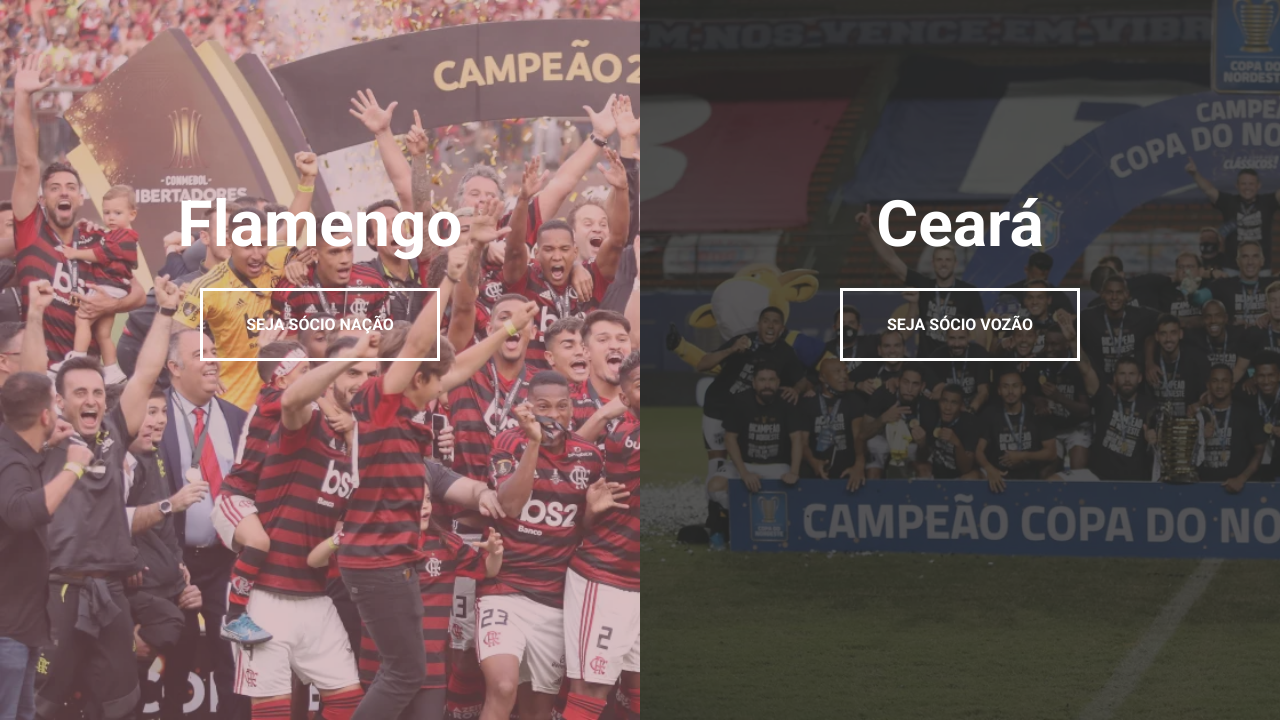
Repository: Williamlmachado/Divis-o-de-P-gina
Page: index.html
These files come from the project's save history. The page is drawn as it stood at one moment and after the next save; the edit follows.
The browser window is 1280 px wide. The pictures show the whole page.

Above is the page before, as saved 2021-08-17 10:17:26.

### index.html
<!DOCTYPE html>
<html lang="en">
  <head>
    <meta charset="UTF-8" />
    <meta name="viewport" content="width=device-width, initial-scale=1.0" />
    <link rel="stylesheet" href="style.css" />
    <title>Split Landing Page
    </title>
  </head>
  <body>
      <div class="container hover-left">
          <div class="split left">
              <h1>Flamengo</h1>
              <a href="#" class="btn">Seja Sócio Nação</a>
          </div>
          <div class="split right">
            <h1>Ceará</h1>
            <a href="#" class="btn">Seja Sócio Vozão</a>
        </div>
      </div>
      <script src="script.js"></script>
  </body>
</html>

### style.css
@import url('https://fonts.googleapis.com/css2?family=Roboto:wght@400;700&display=swap');

:root {
  --left-bg-color: rgba(173, 117, 122, 0.466);
  --right-bg-color: rgba(43, 43, 43, 0.8);
  --left-btn-hover-color: rgba(218, 27, 27, 0.507);
  --right-btn-hover-color: rgba(12, 11, 11, 0.548);
  --hover-width: 75%;
  --other-width: 25%;
  --speed: 1000ms;
}

* {
  box-sizing: border-box;
}

body {
  font-family: 'Roboto', sans-serif;
  height: 100vh;
  overflow: hidden;
  margin: 0;
}
h1{
 font-size: 4rem;
 color: #fff;
 position: absolute;
 left: 50%;
 top:20%;
 transform: translateX(-50%);
 white-space: nowrap;
}
.btn {
    position: absolute;
    display: flex;
    align-items: center;
    justify-content: center;
    left: 50%;
    top: 40%;
    transform: translateX(-50%);
    text-decoration: none;
    color: #fff;
    border: #fff solid 0.2rem;
    font-size: 1rem;
    font-weight: bold;
    text-transform: uppercase;
    width: 15rem;
    padding: 1.5rem;
  }
.split.left .btn:hover{
    background-color: var(--left-btn-hover-color);
    border-color: var(--left-btn-hover-color);
}
.split.right .btn:hover{
    background-color: var(--right-btn-hover-color);
    border-color: var(--right-btn-hover-color);
}
.container {
    position: relative;
    width: 100%;
    height: 100%;
    background: #333;
  }

  .split {
    position: absolute;
    width: 50%;
    height: 100%;
    overflow: hidden;
  }
.split.left{
    left:0;
    background: url('flamengo-v-river-plate-copa-conmebol-libertadores-2019-5dd9bc78727cd99309000001.webp');
    background-repeat: no-repeat;
    background-size: cover;

}
.split.left::before{
    content: '';
    position: absolute;
    width: 100%;
    height: 100%;
    background-color: var(--left-bg-color);
}
.split.right{
    right: 0;
    background: url('img-9633.webp');
    background-repeat: no-repeat;
    background-size: cover;
}
.split.right::before{
    content: '';
    position: absolute;
    width: 100%;
    height: 100%;
    background-color: var(--right-bg-color);
}
.hover-left .left{
    width: var();
}

Loaded but not shown: script.js (no copy from this time; the picture is the same without it)

After the next save:
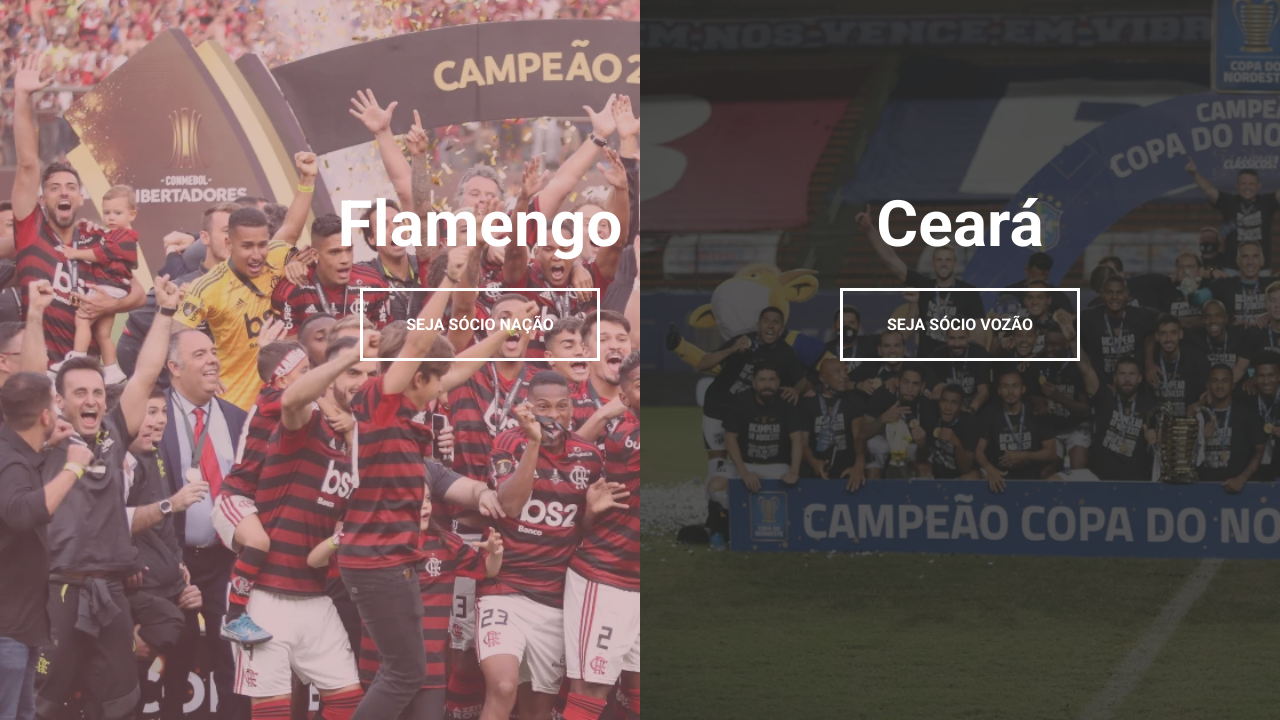
Saved 6 s later.
--- a/style.css
+++ b/style.css
@@ -95,5 +95,5 @@
     background-color: var(--right-bg-color);
 }
 .hover-left .left{
-    width: var();
+    width: var(--hover-width);
 }
